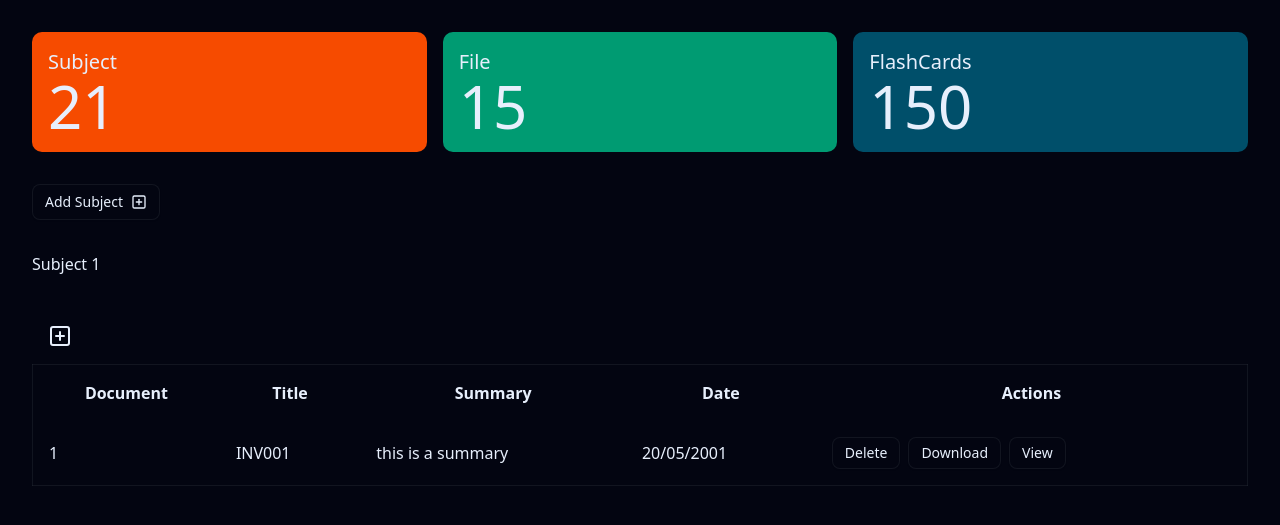
Repository: SywarDer/Student-Assistance
Page: /dashboard (app in student-assistant/)
The author's editor kept a copy of each file at every save. The page is drawn from the files as they stood at one save, then again after the next save.
The browser window is 1280 px wide. The pictures show the whole page.
The project was rebuilt for these pictures with package versions that can differ from the ones it lists, and the page was loaded fresh each time. The framework's server and built-in components were replaced by stand-ins that run in the browser. Also part of the build but not shown: student-assistant/next.config.ts, student-assistant/components/ui/input.tsx.

Above is the page before, as saved 2025-10-30 20:43:54.

After the next save:
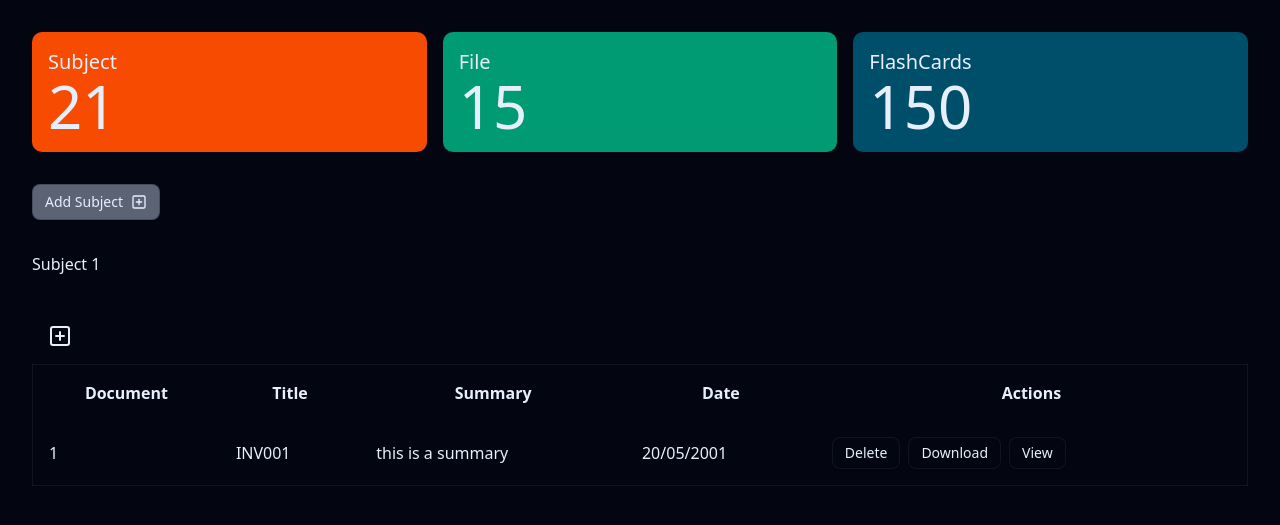
Saved 8 s later.
--- a/student-assistant/app/dashboard/page.tsx
+++ b/student-assistant/app/dashboard/page.tsx
@@ -50,7 +50,7 @@
             {/* Button new subject */}
             <Popover>
                 <PopoverTrigger asChild>
-                    <Button variant="outline" style={{backgroundColor:"var(--)"}}>Add Subject <PlusSquare /></Button>
+                    <Button variant="outline" style={{backgroundColor:"var(--ring)"}}>Add Subject <PlusSquare /></Button>
                 </PopoverTrigger>
                 <PopoverContent className="w-80">
                     <div className="grid gap-4">

After the save that followed:
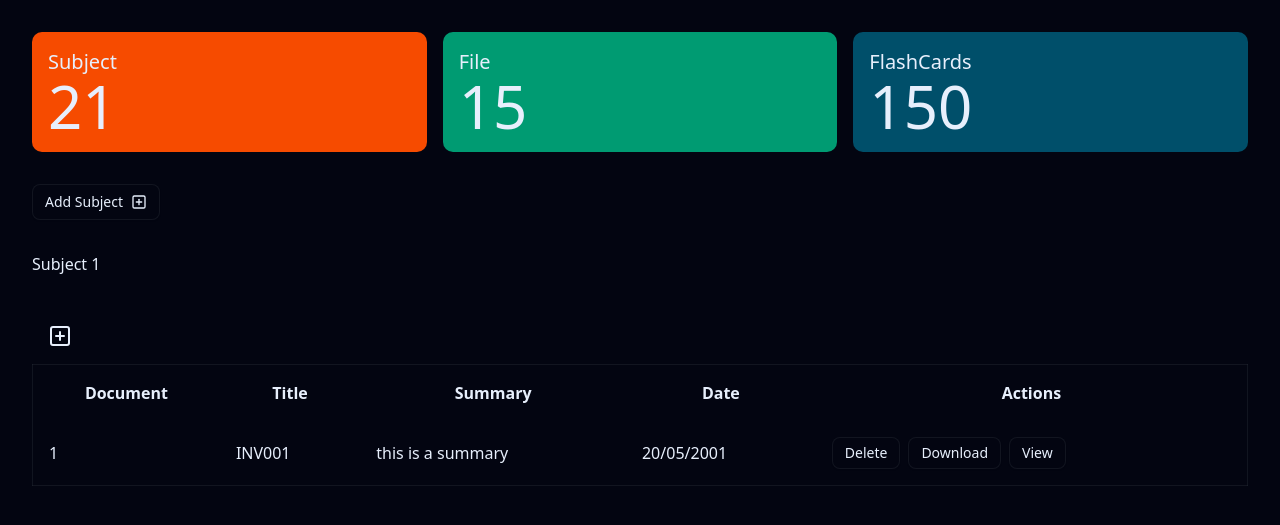
Saved 10 s later.
--- a/student-assistant/app/dashboard/page.tsx
+++ b/student-assistant/app/dashboard/page.tsx
@@ -50,7 +50,7 @@
             {/* Button new subject */}
             <Popover>
                 <PopoverTrigger asChild>
-                    <Button variant="outline" style={{backgroundColor:"var(--ring)"}}>Add Subject <PlusSquare /></Button>
+                    <Button variant="outline" classNamestyle={{backgroundColor:"var(--ring)"}}>Add Subject <PlusSquare /></Button>
                 </PopoverTrigger>
                 <PopoverContent className="w-80">
                     <div className="grid gap-4">
